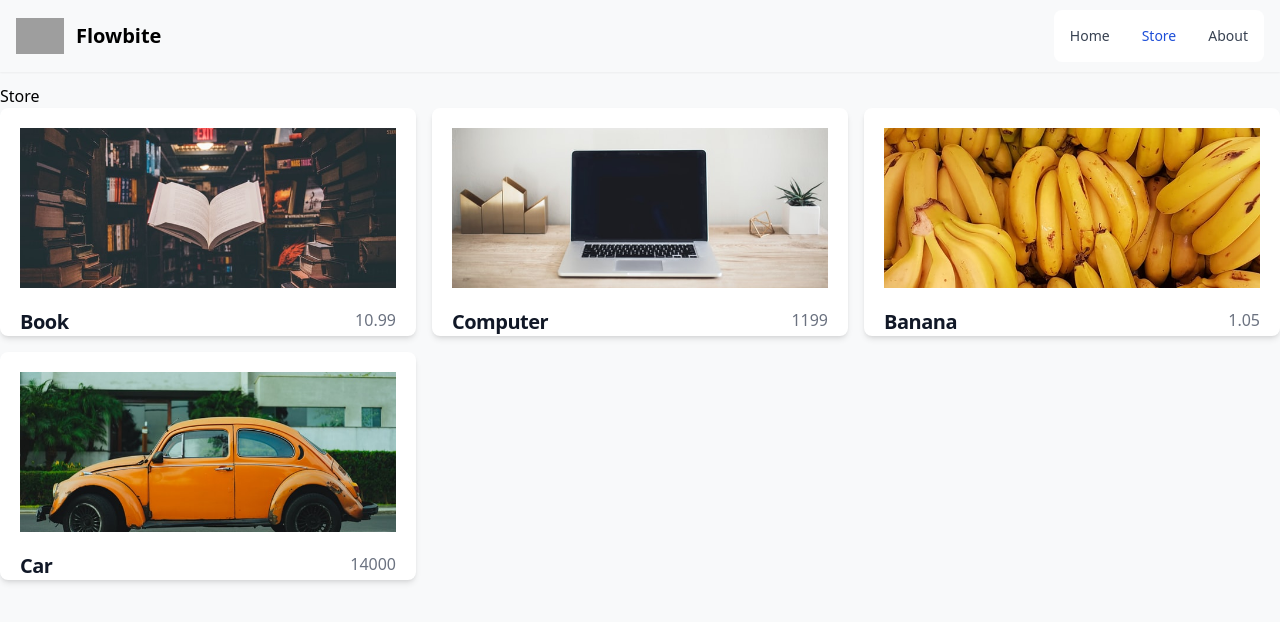
Repository: ducanhaep/react-ts-shopping-cart
Page: /store
These files come from the project's save history. The page is drawn as it stood at one moment and after the next save; the edit follows.
The browser window is 1280 px wide. The pictures show the whole page.
Pictures or frames that could not be fetched are drawn as grey boxes. The project was rebuilt for these pictures with package versions that can differ from the ones it lists, and the page was loaded fresh each time. Also part of the build but not shown: vite.config.ts, src/pages/About.js, src/pages/Home.js.

Above is the page before, as saved 2023-01-11 19:48:28.

After the next save:
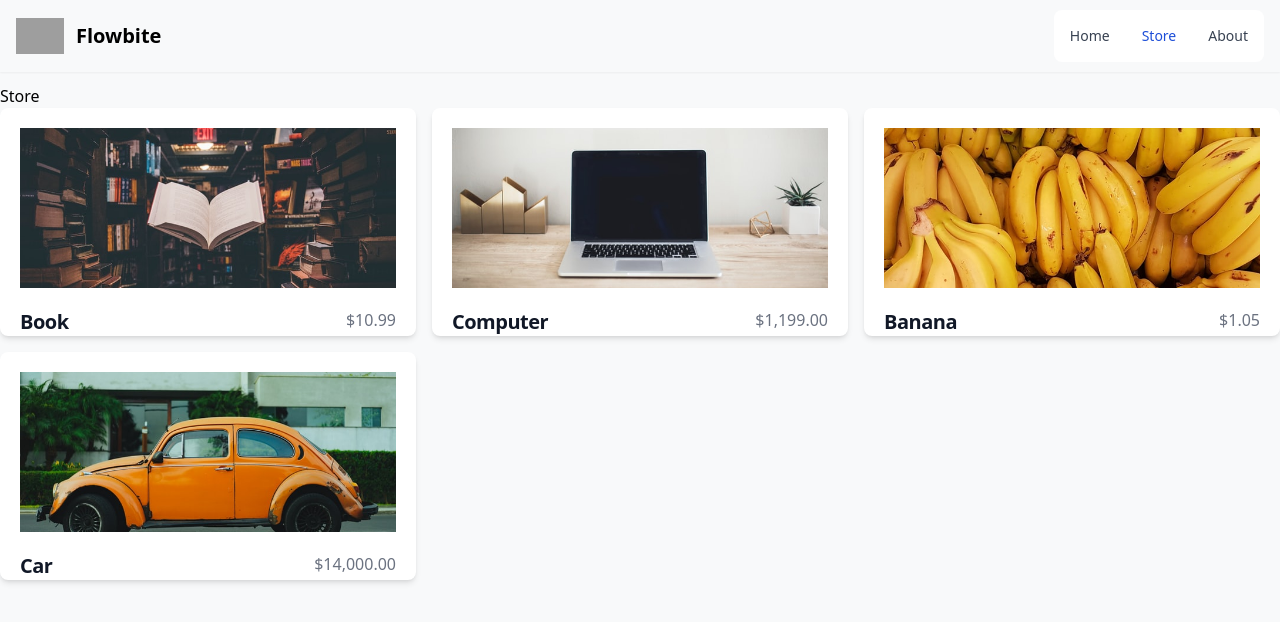
Saved 37 s later.
--- a/src/components/StoreItem.tsx
+++ b/src/components/StoreItem.tsx
@@ -1,4 +1,5 @@
 import { Link } from "react-router-dom";
+import { formatCurrency } from "../utilities/formatCurrency";
 
 interface StoreItemProps {
   id: number;
@@ -24,7 +25,7 @@ export function StoreItem({ id, name, price, imgUrl }: StoreItemProps) {
             {name}
           </h5>
         </Link>
-        <p className="text-gray-500 font-medium">{price}</p>
+        <p className="text-gray-500 font-medium">{formatCurrency(price)}</p>
       </div>
     </div>
   );
